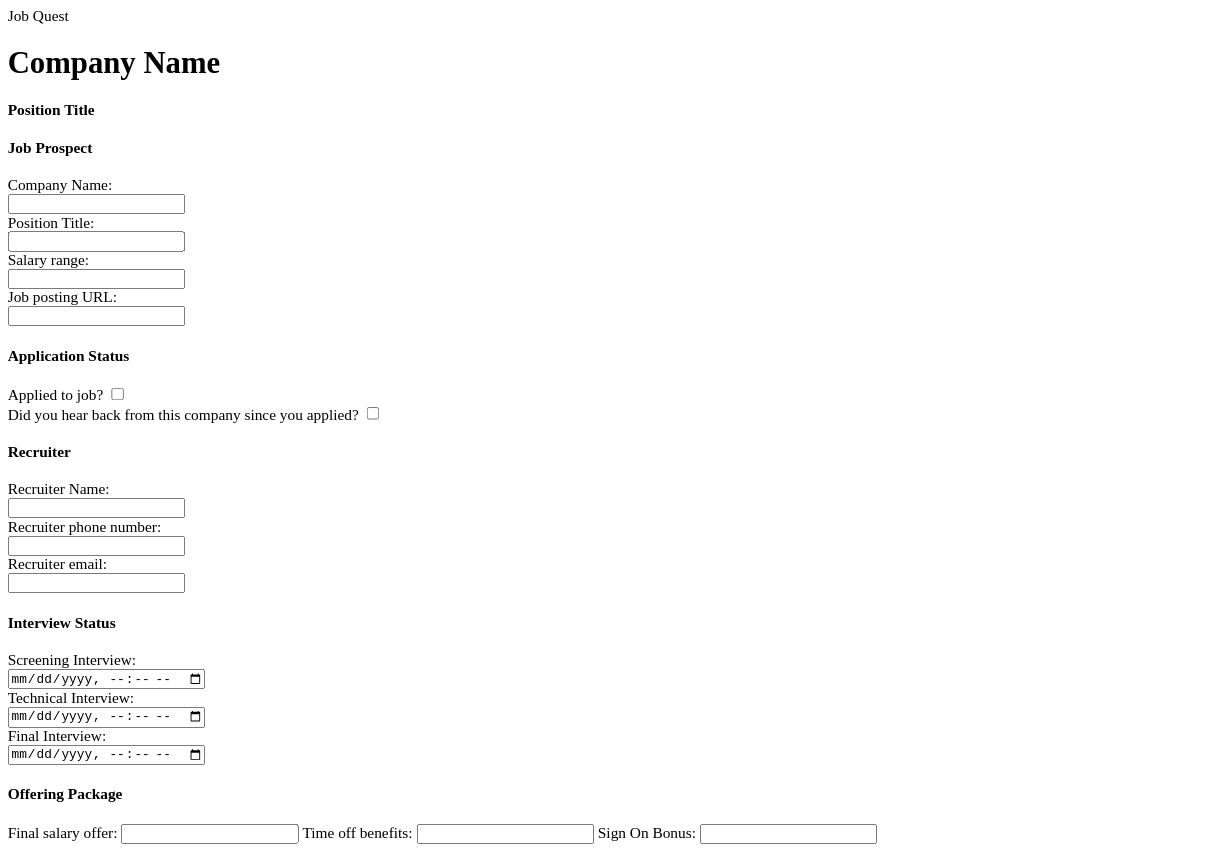
Repository: AllSystemsRGeorge/Job-Quest
Page: utils/mainPageHelper.html
The author's editor kept a copy of each file at every save. The page is drawn from the files as they stood at one save, then again after the next save.
The browser window is 1280 px wide. The pictures show the whole page, at 96% of full size.

Above is the page before, as saved 2022-08-04 17:46:48.

### utils/mainPageHelper.html
<!DOCTYPE html>
<html lang="en">
<head>
    <meta charset="UTF-8">
    <meta http-equiv="X-UA-Compatible" content="IE=edge">
    <meta name="viewport" content="width=device-width, initial-scale=1.0">
    <title>Job Quest</title>
</head>
<body>
    <nav>Job Quest</nav>
    <div class="jobCard">
        <div class="cardHeader">
            <h1>Company Name</h1>
            <h4>Position Title</h4>
        </div>
    </div>
    <form>
        <!-- job summary -->
        <h4>Job Prospect</h4>
        <label for="name">Company Name:</label><br>
        <input type="text" name="name"><br>
        <label for="position">Position Title:</label><br>
        <input type="text" name="position"><br>
        <label for="initialSalary">Salary range:</label><br>
        <input type="number" name="initialSalary"><br>
        <label for="jobDesLink">Job posting URL: </label><br>
        <input type="url" name="jobDesLink">

        <!-- application process -->
        <h4>Application Status</h4>
        <label for="applied">Applied to job?</label>
        <input type="checkbox" name="jobApplication"><br>
        <label for="feedback">Did you hear back from this company since you applied?</label>
        <input type="checkbox" name="feedback"><br>

        <!-- recruiter contact info -->
        <h4>Recruiter</h4>
        <label for="recName">Recruiter Name:</label><br>
        <input type="text" name="recName"><br>
        <label for="recPhoneNum">Recruiter phone number:</label><br>
        <input type="tel" name="recPhoneNum"><br>
        <label for="recEmail">Recruiter email:</label><br>
        <input type="email" name="recEmail"><br>

        <!-- interview process -->
        <h4>Interview Status</h4>
        <label for="screeningInt">Screening Interview:</label><br>
        <input type="datetime-local" name="screeningInt"><br>
        <label for="technicalInt">Technical Interview:</label><br>
        <input type="datetime-local" name="technicalInt"><br>
        <label for="finalInt">Final Interview:</label><br>
        <input type="datetime-local" name="finalInt"><br>

        <!-- hiring process -->
        <h4>Offering Package</h4>
        <label for="finalSalary">Final salary offer:</label>
        <input type="number" name="finalSalary">
        <label for="finalSalary">Time off benefits:</label>
        <input type="text" name="finalSalary">
        <label for="stockOpt">Sign On Bonus:</label>
        <input type="number" name="finalSalary">

    </form>
</body>
</html>

After the next save:
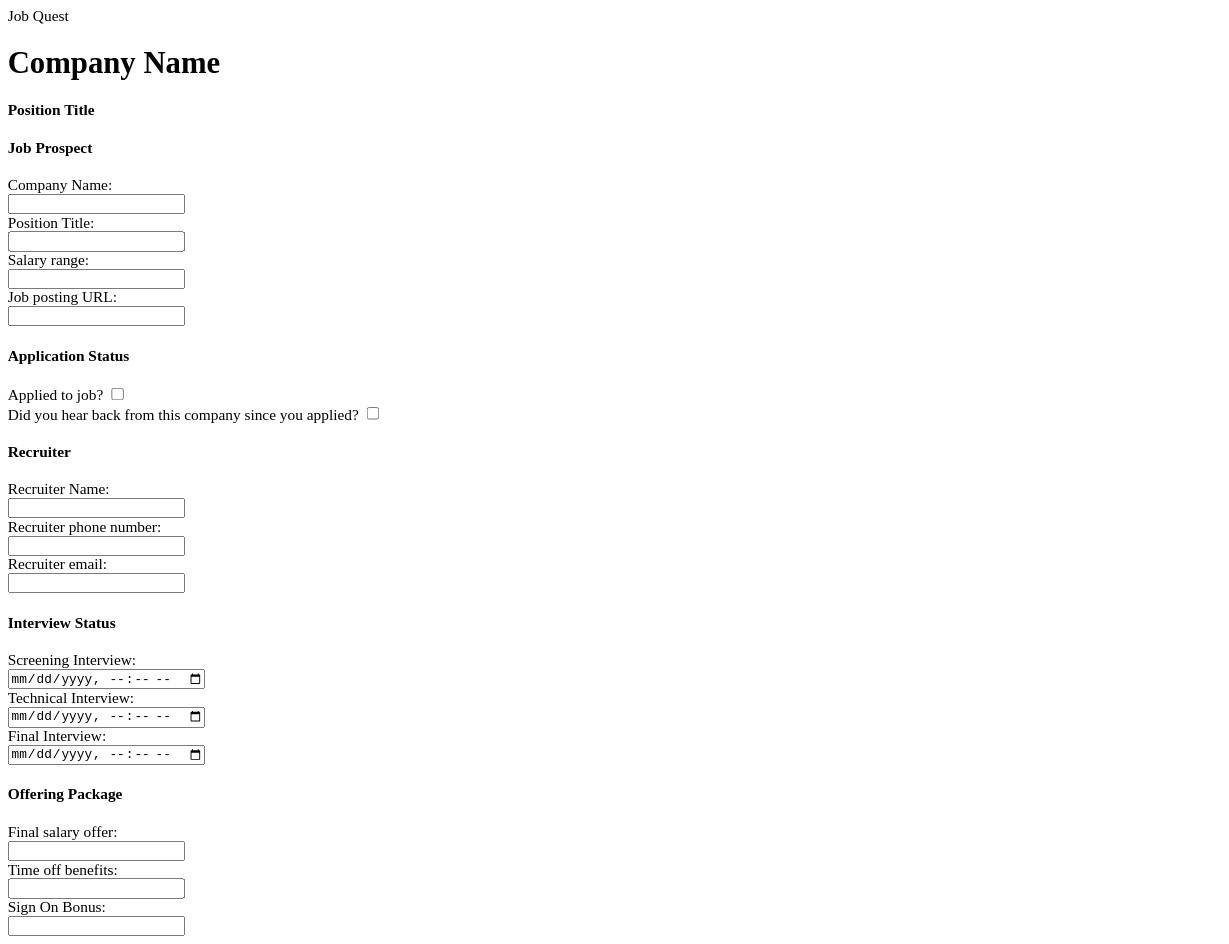
Saved 39 s later.
--- a/utils/mainPageHelper.html
+++ b/utils/mainPageHelper.html
@@ -53,12 +53,12 @@
 
         <!-- hiring process -->
         <h4>Offering Package</h4>
-        <label for="finalSalary">Final salary offer:</label>
-        <input type="number" name="finalSalary">
-        <label for="finalSalary">Time off benefits:</label>
-        <input type="text" name="finalSalary">
-        <label for="stockOpt">Sign On Bonus:</label>
-        <input type="number" name="finalSalary">
+        <label for="finalSalary">Final salary offer:</label><br>
+        <input type="number" name="finalSalary"><br>
+        <label for="finalSalary">Time off benefits:</label><br>
+        <input type="text" name="finalSalary"><br>
+        <label for="stockOpt">Sign On Bonus:</label><br>
+        <input type="number" name="finalSalary"><br>
 
     </form>
 </body>
